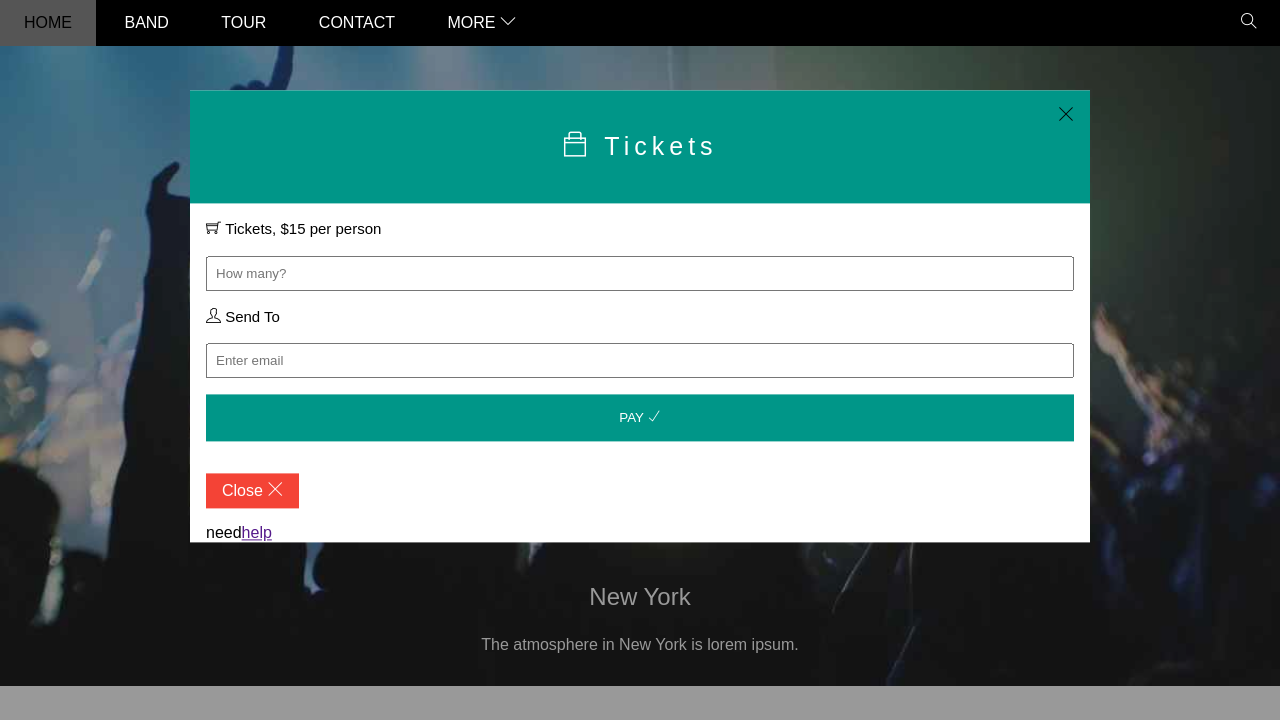
Repository: tung1233hhhhhhhhhhhhh/Website
Page: w3_band/index.html
An editor plug-in stored every save of this project. The page is shown before and after the next save, followed by the edit.
The browser window is 1280 px wide. The pictures show the window.
A layer covers the whole window, so only the first screen is drawn.

Above is the page before, as saved 2023-02-18 21:52:58.

After the next save:
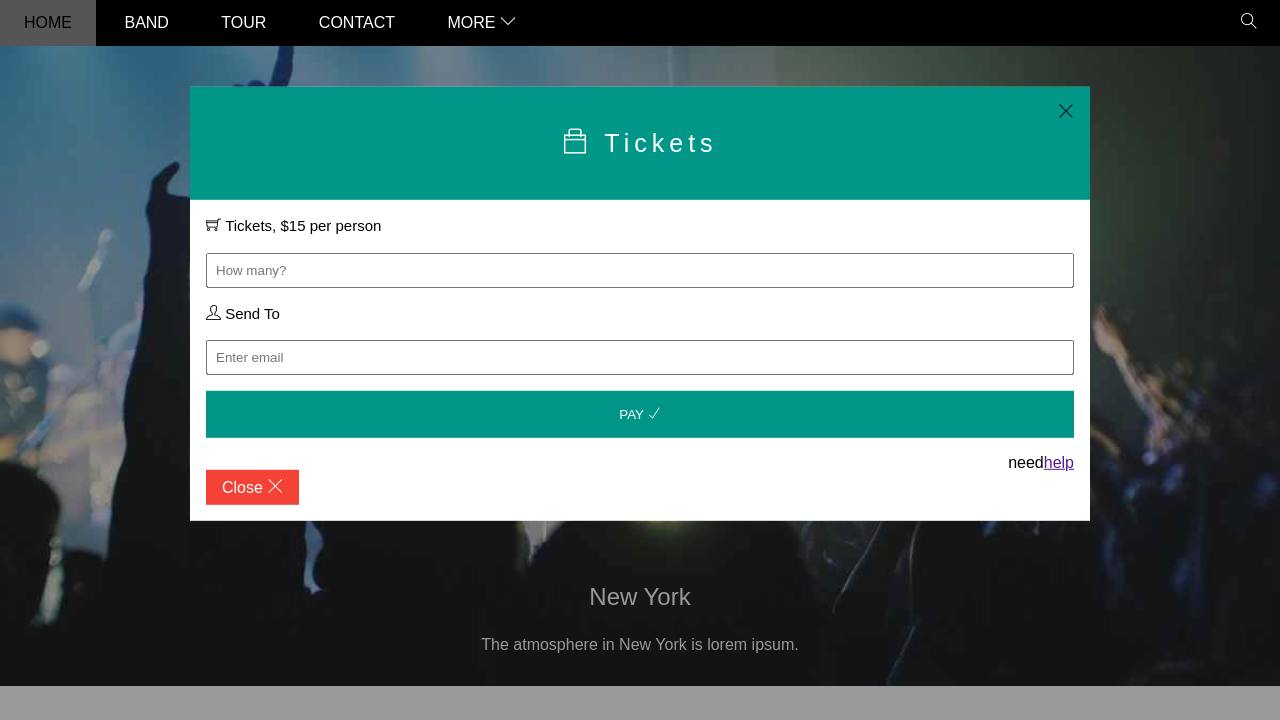
Saved 19 s later.
--- a/w3_band/assets/css/style.css
+++ b/w3_band/assets/css/style.css
@@ -460,3 +460,7 @@
     color: #FFF;
     font-size: 16px;
 }
+
+.modal .modal-needhelp {
+    float: right;
+}
